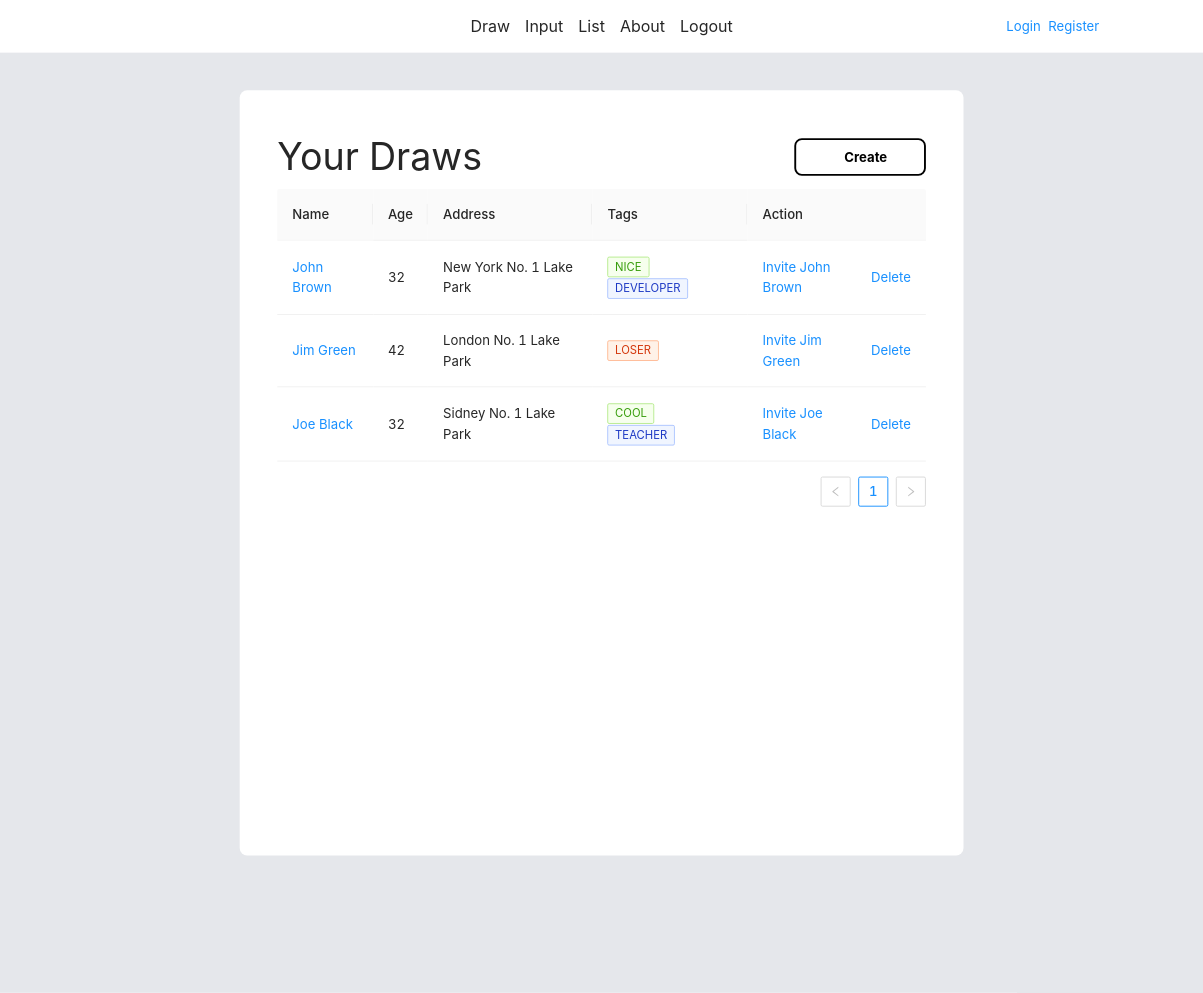
Repository: truongnguyenuit/DrawApp
Page: /draw/list (app in client/)
An editor plug-in stored every save of this project. The page is shown before and after a run of saves, followed by the edit.
The browser window is 1280 px wide. The pictures show the whole page, at 94% of full size.
The page's requests for data from a server got no answer. The project was rebuilt for these pictures with package versions that can differ from the ones it lists, and the page was loaded fresh each time. The framework's server and built-in components were replaced by stand-ins that run in the browser. No one was signed in, and anything a server would have sent is missing. Also part of the build but not shown: client/next.config.js.

Above is the page before, as saved 2022-08-20 18:50:02.

### client/pages/_app.js
import '../styles/globals.css'
import 'antd/dist/antd.css'
import Layout from '../components/Layout'
import AuthContextProvider from '../contexts/authContext'
import DrawContextProvider from '../contexts/drawContext'

function MyApp({ Component, pageProps }) {
  return (
    <DrawContextProvider>
      <AuthContextProvider>
        <Layout>
          <Component {...pageProps} />
        </Layout>
      </AuthContextProvider>
    </DrawContextProvider>
  )
}

export default MyApp

### client/pages/draw/list.js
import React from 'react'
import { Table, Tag, Space } from "antd"

const columns = [
  {
    title: 'Name',
    dataIndex: 'name',
    key: 'name',
    render: (text) => <a>{text}</a>,
  },
  {
    title: 'Age',
    dataIndex: 'age',
    key: 'age',
  },
  {
    title: 'Address',
    dataIndex: 'address',
    key: 'address',
  },
  {
    title: 'Tags',
    key: 'tags',
    dataIndex: 'tags',
    render: (_, { tags }) => (
      <>
        {tags.map((tag) => {
          let color = tag.length > 5 ? 'geekblue' : 'green';

          if (tag === 'loser') {
            color = 'volcano';
          }

          return (
            <Tag color={color} key={tag}>
              {tag.toUpperCase()}
            </Tag>
          );
        })}
      </>
    ),
  },
  {
    title: 'Action',
    key: 'action',
    render: (_, record) => (
      <Space size="middle">
        <a>Invite {record.name}</a>
        <a>Delete</a>
      </Space>
    ),
  },
];
const data = [
  {
    key: '1',
    name: 'John Brown',
    age: 32,
    address: 'New York No. 1 Lake Park',
    tags: ['nice', 'developer'],
  },
  {
    key: '2',
    name: 'Jim Green',
    age: 42,
    address: 'London No. 1 Lake Park',
    tags: ['loser'],
  },
  {
    key: '3',
    name: 'Joe Black',
    age: 32,
    address: 'Sidney No. 1 Lake Park',
    tags: ['cool', 'teacher'],
  },
];



const list = () => {
  return (
    <div className='flex justify-center bg-gray-200 h-[1000px]'>
      <div className="bg-white w-[770px] h-[814px] mt-[40px] flex flex-col items-center gap-0.5  p-10 rounded-lg">
        <div className='flex justify-between items-center w-full'>
          <span className="text-[40px] font-normal">Your Draws</span>
          <button className='bg-white font-bold w-[140px] h-[40px] text-black rounded-[8px] border-2 border-black'>
            <i className="fa-solid fa-file mr-3"></i>
            Create
          </button>
        </div>
        <Table columns={columns} dataSource={data}/>
      </div>


    </div>
  )
}

export default list

### client/components/Layout.js
import Head from 'next/head'
import NavbarMenu from './NavbarMenu'

const Layout = ({ children }) => (

	<div>
		<Head>
			<meta charset='UTF-8' />
			<meta http-equiv='X-UA-Compatible' content='IE=edge' />
			<meta name='viewport' content='width=device-width, initial-scale=1.0' />
			<title>Draw App</title>
      <script src="https://kit.fontawesome.com/cd2089affa.js" crossorigin="anonymous"></script>
		</Head>

		<header>
			<NavbarMenu />
		</header>

		<main>{children}</main>
	</div>
)

export default Layout

### client/contexts/authContext.js
import { createContext, useReducer, useEffect } from "react";
import setAuthToken from "../untils/setAuthToken";
import axios from 'axios'

export const AuthContext = createContext()

const authReducer = (state, action) => {

  const { type, payload: { isAuthenticated, user} } = action

  switch (type) {
    case 'SET_AUTH':
    {
      return {
        ...state,
        authLoading: false,
        isAuthenticated: isAuthenticated,
        user: user
      }
    }
    default:
    {
      return state
    }
  }
}

const AuthContextProvider = ({ children }) => {

  const [authState, dispatch] = useReducer(authReducer, {
    authLoading: true,
    isAuthenticated: false,
    user: null
  })

  useEffect(() => {
    loadUser()
    console.log(authState.isAuthenticated)
  }, [authState.isAuthenticated])

  //Authentication
  const loadUser = async () => {

    if (localStorage['LocalStorageTokenName']) {
      setAuthToken(localStorage['LocalStorageTokenName'])
      try {
        const response = await axios.get(`http://localhost:5000/api/auth`)
        if (response.data.success) {

          dispatch({
            type: 'SET_AUTH',
            payload: { isAuthenticated: true, user: response.data.user }
          })
        }
      } catch (error) {
        localStorage.removeItem('LocalStorageTokenName')
        setAuthToken(null)
        dispatch({
          type: 'SET_AUTH',
          payload: { isAuthenticated: false, user: null }
        })
      }
    }
    else {
      dispatch({
        type: 'SET_AUTH',
        payload: { isAuthenticated: false, user: null }
      })
    }
  }

  // Login
  const loginUser = async userForm => {
    try {

      const response = await axios.post(`http://localhost:5000/api/auth/login`, userForm)
      if (response.data.success)
        localStorage.setItem('LocalStorageTokenName', response.data.accessToken)

      await loadUser()
      return response.data

    } catch (error) {
      if (error.response.data) return error.response.data
      else return { success: false, message: error.message }
    }
  }

  // Register
  const registerUser = async userForm => {
    try {

      const response = await axios.post(`http://localhost:5000/api/auth/register`, userForm)
      if (response.data.success)
        localStorage.setItem('LocalStorageTokenName', response.data.accessToken)

      await loadUser()
      return response.data

    } catch (error) {
      if (error.response.data) return error.response.data
      else return { success: false, message: error.message }
    }
  }

  // Context data
  const authContextData = { authState, loginUser, registerUser}

  // Return provider
  return (
    <AuthContext.Provider value={authContextData}>
      {children}
    </AuthContext.Provider>
  )
}
export default AuthContextProvider

### client/contexts/drawContext.js
import { createContext, useReducer, useEffect } from 'react'

import axios from 'axios'

export const DrawContext = createContext()

export const drawReducer = (state, action) => {

  const { type, payload } = action

  switch (type) {
    case 'POSTS_LOADED_SUCCESS':
      return {
        ...state,
        posts: payload,
        postsLoading: false,
      }
    case 'ADD_BLOG':
      return {
        ...state,
        posts: [...state.posts, payload]
      }
    case 'UPDATE_POST':
      const newPosts = state.posts.map(post =>
        post._id === payload._id ? payload : post
      )
      return {
        ...state,
        posts: newPosts
      }

    default:
      return state

  }
}

const DrawContextProvider = ({ children }) => {
  // State
  const [drawState, dispatch] = useReducer(drawReducer, {
    post: null,
    posts: [],
    postsLoading: true
  })

  useEffect(() => {
    getDraws()
  }, [drawState.postsLoading])


  // Get user posts
  const getDraws = async () => {
    try {
      const response = await axios.get(`http://localhost:5000/api/posts`)
      if (response.data.success) {

        dispatch({
          type: 'POSTS_LOADED_SUCCESS',
          payload: response.data.posts
        })
      }
    } catch (error) {
      dispatch({ type: 'POSTS_LOADED_FAIL' })
    }
  }

  // Add post
  const addDraw = async newBlog => {
    try {
      const response = await axios.post(`http://localhost:5000/api/posts`, newBlog)
      if (response.data.success) {
        dispatch({
          type: 'ADD_POST',
          payload: { post: response.data.post }
        })
        return response.data
      }
    } catch (error) {
      return error.response.data
        ? error.response.data
        : { success: false, message: 'Server error' }
    }
  }

  // Update post
  const updateDraw = async updatedPost => {
    try {
      const response = await axios.put(
        `http://localhost:5000/api/posts/${updatedPost._id}`,
        updatedPost
      )
      if (response.data.success) {
        dispatch({ type: 'UPDATE_POST', payload: response.data.post })
        return response.data.message
      }
    } catch (error) {
      return error.response.data
        ? error.response.data
        : { success: false, message: 'Server error' }
    }
  }

  // Post context data
  const drawContextData = {
    drawState,
    addDraw,
    getDraws,
    updateDraw,

  }

  return (
    <DrawContext.Provider value={drawContextData}>
      {children}
    </DrawContext.Provider>
  )
}

export default DrawContextProvider

### client/components/NavbarMenu.js

import Link from 'next/link'
import { Row, Col } from "antd"

const NavigateRouter = [
  {
    path: '/draw/draw',
    name: "Draw",
  },
  {
    path: '/draw/input',
    name: "Input",
  },
  {
    path: '/draw/list',
    name: "List"
  },
  {
    path: '',
    name: "About"
  },
  {
    path: '',
    name: "Logout",
  }
];

const NavbarMenu = () => {
  return (
    <div className="bg-white">
      <Row >

        <Col span={6} className="h-14">
          <div className="flex justify-center items-center text-[20px] gap-2 h-14">
            <i className="fa-brands fa-facebook-square cursor-pointer"></i>
            <i className="fa-brands fa-twitter-square cursor-pointer"></i>
            <i className="fa-brands fa-instagram-square cursor-pointer"></i>
            <i className="fa-brands fa-pinterest-square cursor-pointer"></i>

          </div>
        </Col>

        <Col span={12} className="h-14">
          <nav>
            <ul className="flex justify-center items-center text-[17px] gap-4 h-14">
              {NavigateRouter.map((item, index) => {
                return (
                  <li key={index}>
                    <Link href={item.path} passHref>
                      <span className='cursor-pointer'>
                        {item.name}
                      </span>
                    </Link>
                  </li>
                );

              })}
            </ul>
          </nav>
        </Col>

        <Col span={6} className="h-14">
          <div className="flex justify-center items-center gap-2 h-14">
            <Link href={"/auth/login"}>
              Login
            </Link>
            <Link href={'/auth/register'}>
              Register
            </Link>
          </div>
        </Col>

      </Row>
    </div>
  )
}

export default NavbarMenu

### client/untils/setAuthToken.js
import axios from "axios";

const setAuthToken = token => {
  if (token) {
    axios.defaults.headers.common['Authorization'] = `Bearer ${token}`
  } else {
    delete axios.defaults.headers.common['Authorization']
  }
}

export default setAuthToken

Loaded but not shown: client/styles/globals.css (common file); client/tailwind.config.js (common file)

After the next 2 saves:
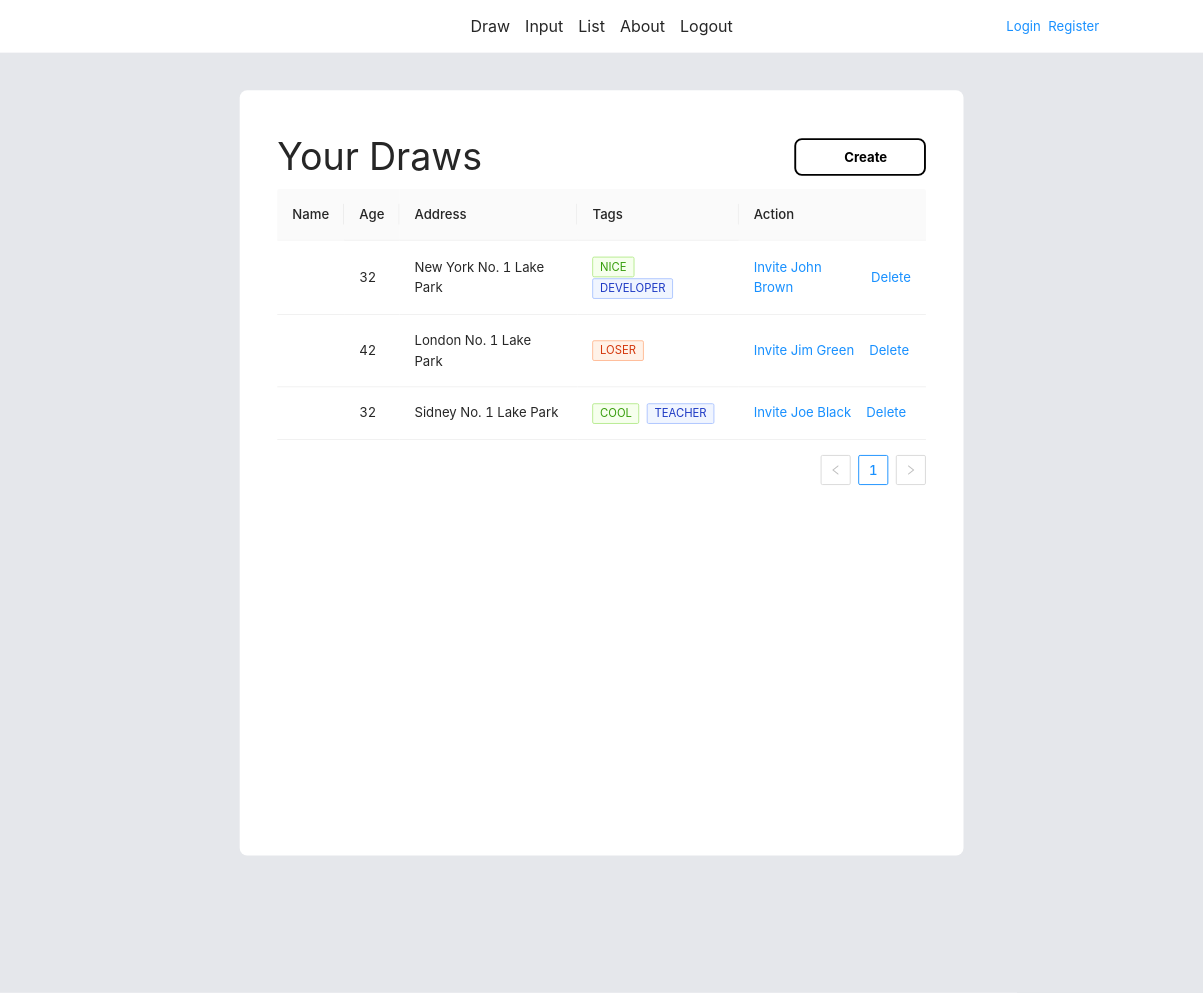
The 2 saves are shown as one change because they came seconds apart.
The last was saved 55 s later.
--- a/client/pages/draw/list.js
+++ b/client/pages/draw/list.js
@@ -6,7 +6,7 @@
     title: 'Name',
     dataIndex: 'name',
     key: 'name',
-    render: (text) => <a>{text}</a>,
+    render: (text) => {<a>{text}</a>},
   },
   {
     title: 'Age',

After the save that followed:
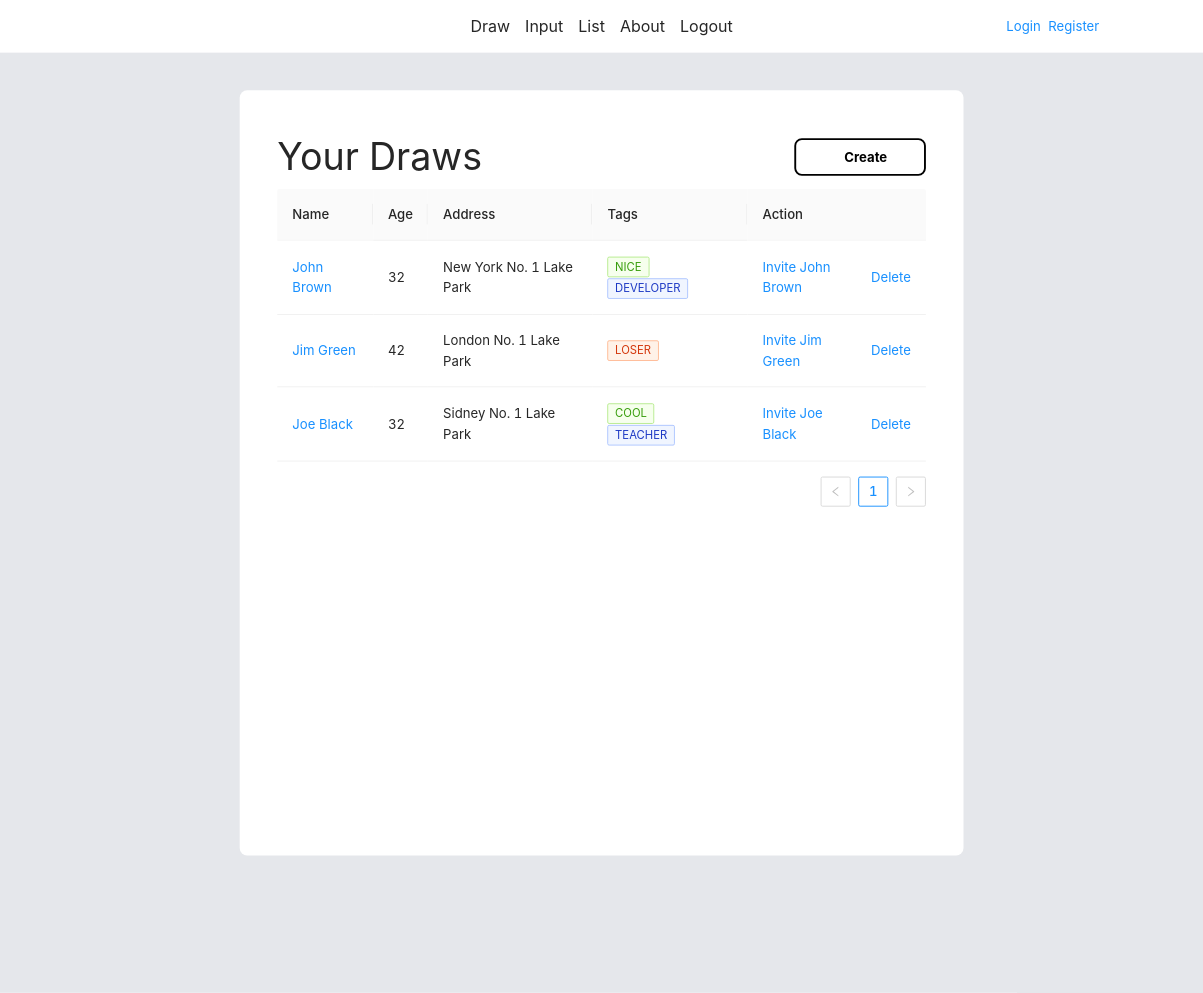
Saved 5 s later.
--- a/client/pages/draw/list.js
+++ b/client/pages/draw/list.js
@@ -6,7 +6,7 @@
     title: 'Name',
     dataIndex: 'name',
     key: 'name',
-    render: (text) => {<a>{text}</a>},
+    render: (text) => <a>{text}</a>,
   },
   {
     title: 'Age',
